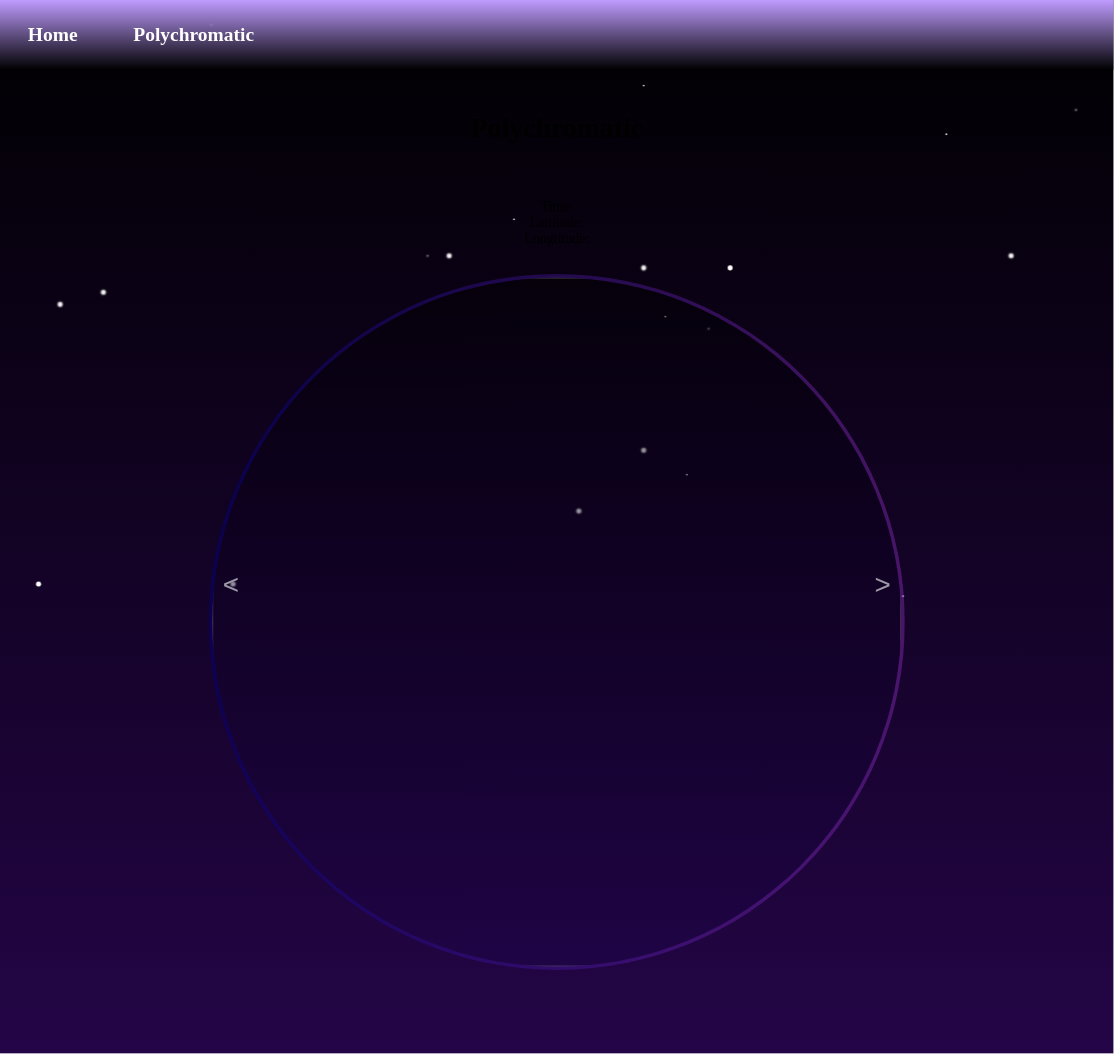
Repository: KayceeNguyen/DAI_W07_NASA
Page: /polychromatic
An editor plug-in stored every save of this project. The page is shown before and after the next save, followed by the edit.
The browser window is 1280 px wide. The pictures show the whole page, at 87% of full size.
The page's requests for data from a server got no answer. The project was rebuilt for these pictures with package versions that can differ from the ones it lists, and the page was loaded fresh each time. The framework's server and built-in components were replaced by stand-ins that run in the browser. No one was signed in, and anything a server would have sent is missing. Also part of the build but not shown: next.config.js.

Above is the page before, as saved 2023-02-17 00:38:45.

After the next save:
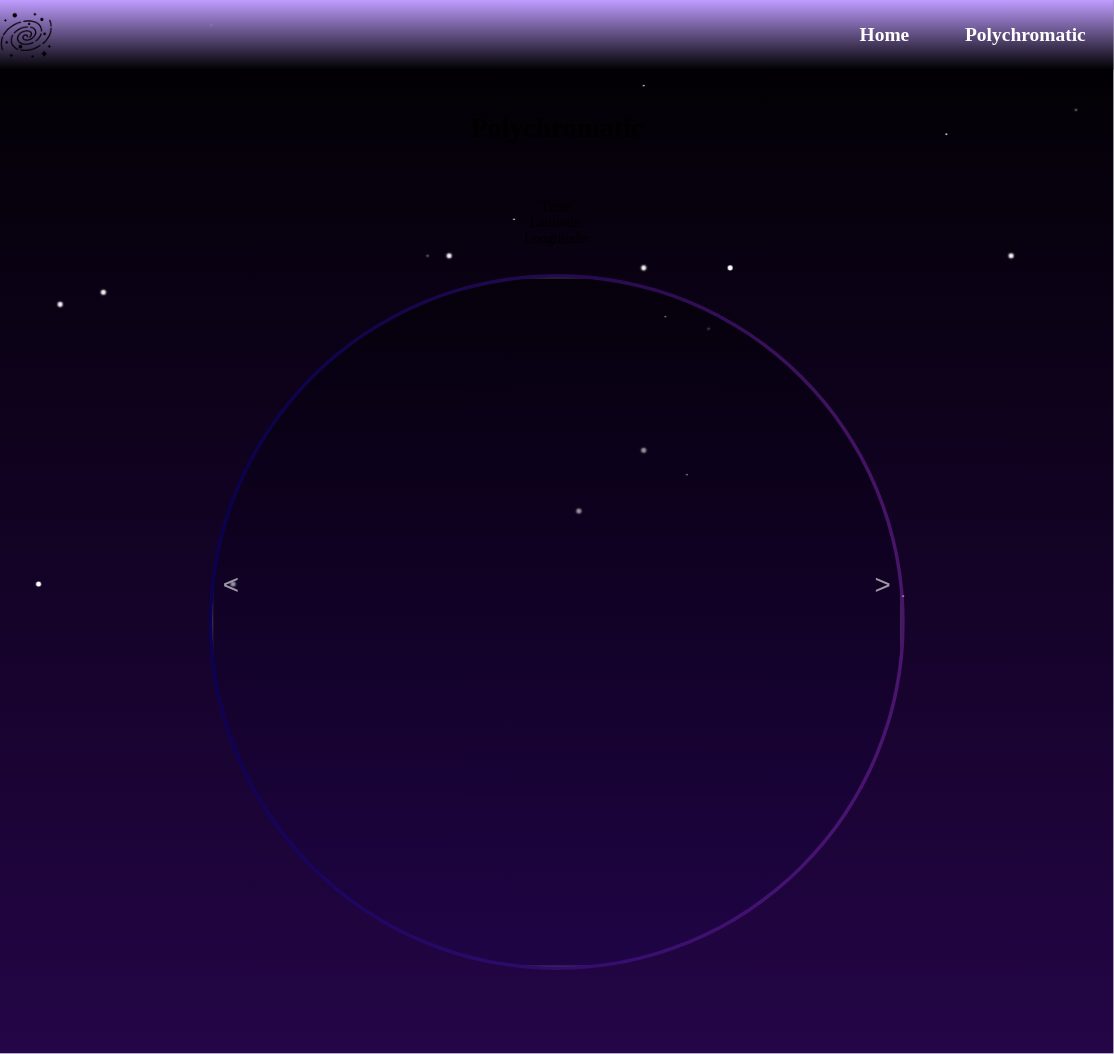
Saved 4 min 46 s later.
--- a/comps/header.js
+++ b/comps/header.js
@@ -5,6 +5,13 @@ const HeaderBar = () => {
   return (
     <header className={styles.header}>
       <nav className={styles.nav}>
+      <img
+        className={styles.headerIcon}
+        src="/galaxy-header.png"
+        width="60px"
+        onClick={
+            ()=>r.push("/")}
+        />
         <ul className={styles.navList}>
           <li className={styles.navItem}>
             <a href="/">
